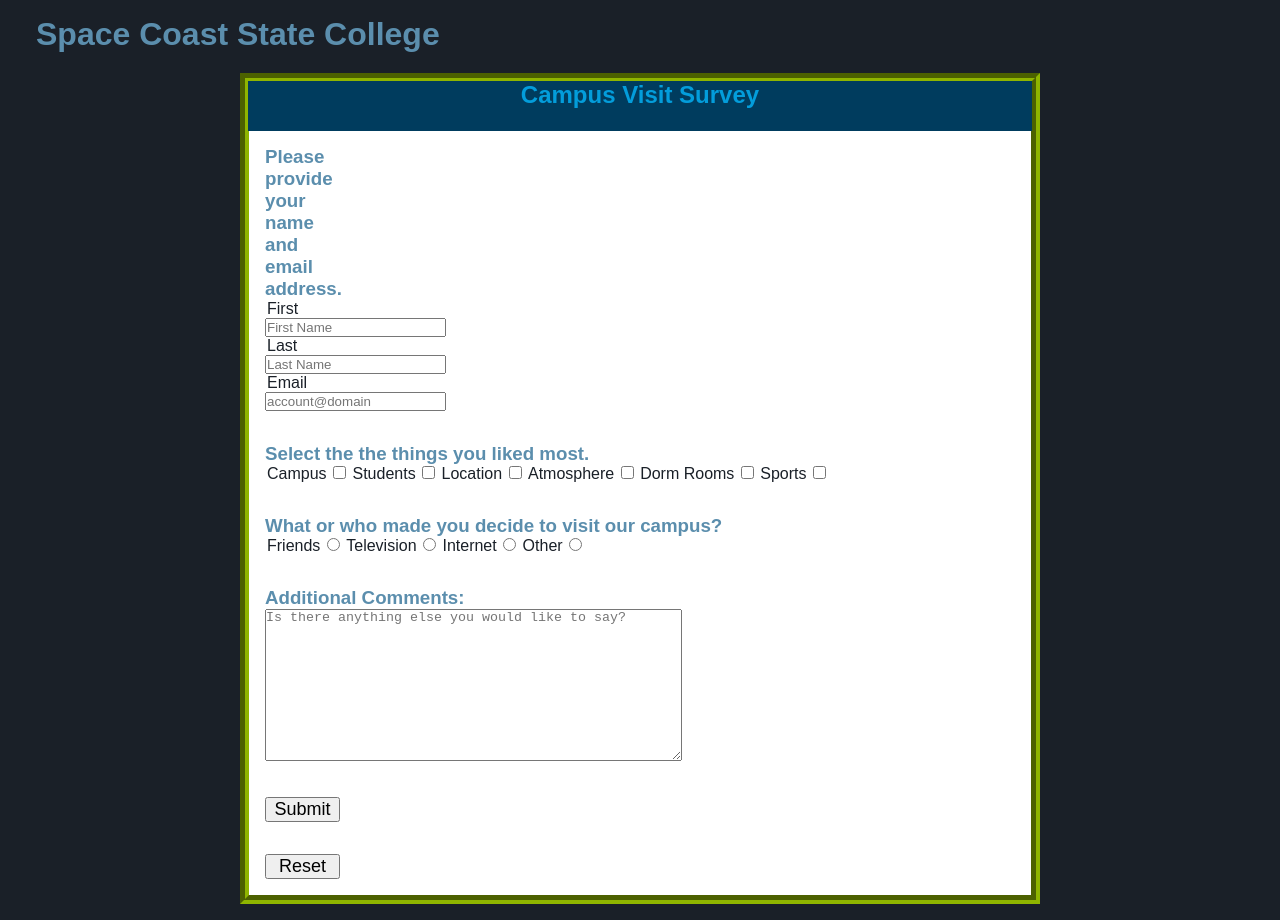
Repository: mlmEFSC21/P2-University-Form
Page: index.html
The author's editor kept a copy of each file at every save. The page is drawn from the files as they stood at one save, then again after the next save.
The browser window is 1280 px wide. The pictures show the whole page.
Some web fonts or font styles are not loaded; a fallback is used.

Above is the page before, as saved 2022-01-29 20:15:11.

After the next save:
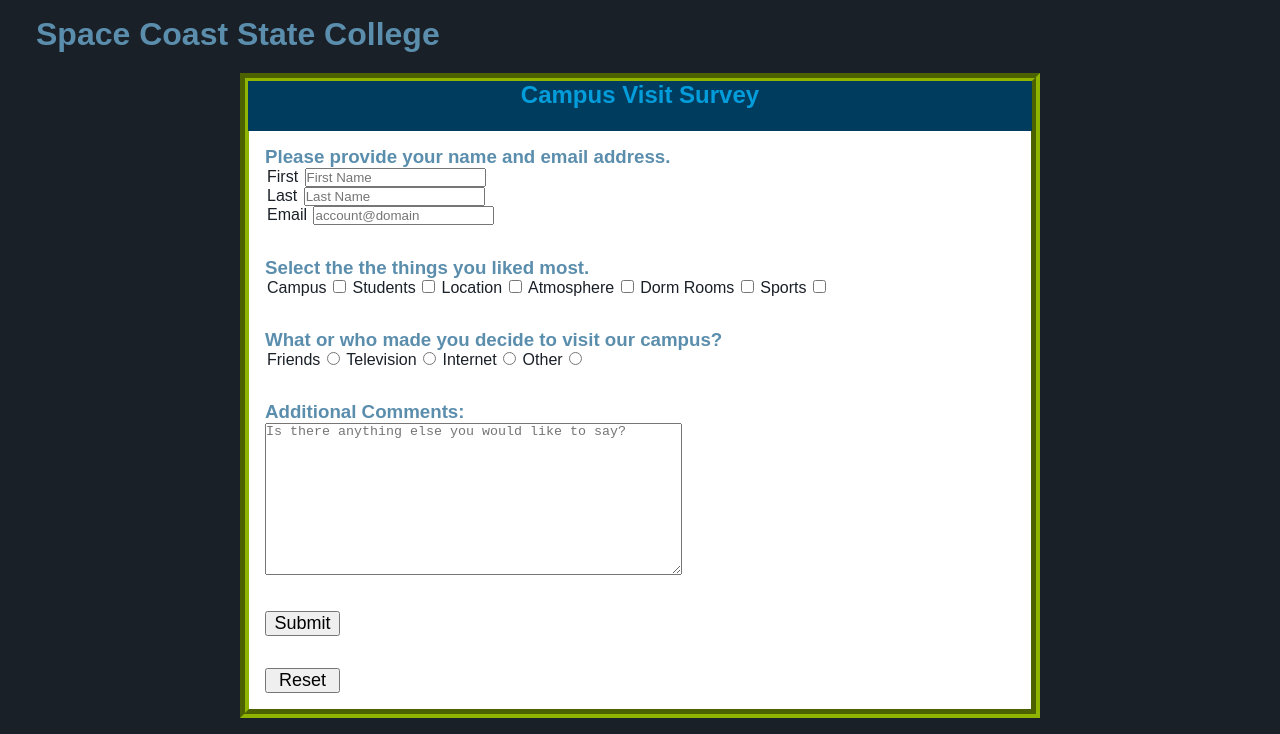
Saved 13 s later.
--- a/uniFormStyles.css
+++ b/uniFormStyles.css
@@ -50,7 +50,7 @@ label {
     color: var(--clr-second);
     padding: 2px;
 }
-.info {
+label .info {
     display: inline-block;
     width: 50px;
 }
